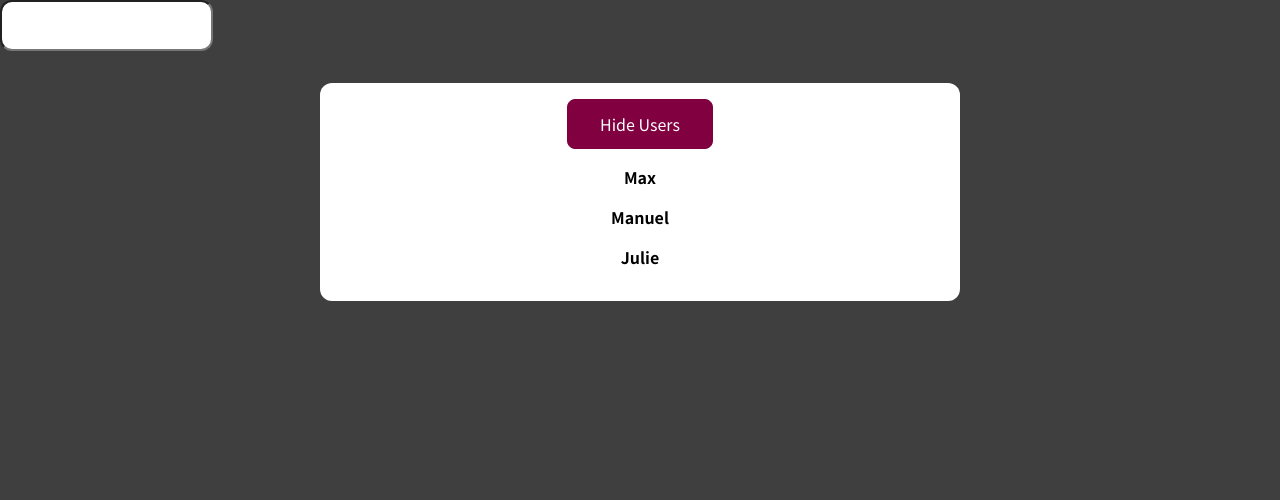
Repository: prathmeshgodbole/React-Class-Based
Page: /
The author's editor kept a copy of each file at every save. The page is drawn from the files as they stood at one save, then again after a run of saves.
The browser window is 1280 px wide. The pictures show the whole page.
The project was rebuilt for these pictures with package versions that can differ from the ones it lists, and the page was loaded fresh each time.

Above is the page before, as saved 2021-07-15 15:24:40.

### src/App.js
import UserFinder from './components/UserFinder';
// import Users from './components/Users';

function App() {
  return (
    <div>
    <UserFinder/>
    </div>
  );
}

export default App;

### src/components/UserFinder.js
import { Fragment, useState, useEffect } from 'react';
import classes from './UserFinder.module.css'
import Users from './Users';

const DUMMY_USERS = [
  { id: "u1", name: "Max" },
  { id: "u2", name: "Manuel" },
  { id: "u3", name: "Julie" },
];

const UserFinder = () => {
  const [filteredUsers, setFilteredUsers] = useState(DUMMY_USERS);
  const [searchTerm, setSearchTerm] = useState('');

  useEffect(() => {
    setFilteredUsers(
      DUMMY_USERS.filter((user) => user.name.includes(searchTerm))
    );
  }, [searchTerm]);

  const searchChangeHandler = (event) => {
    setSearchTerm(event.target.value);
  };

  return (
    <Fragment >
      <input className={classes.finder} type='search' onChange={searchChangeHandler} />
      <Users users={filteredUsers} />
    </Fragment>
  );
};

export default UserFinder;

### src/components/UserFinder.module.css
.finder {
    margin: ;
    /* margin: 2rem auto; */
    background-color: white;
    padding: 1rem;
    border-radius: 12px;
    max-width: 40rem;
    text-align: center;
}

### src/components/Users.js
import { Component } from "react";
import User from "./User";

import classes from "./Users.module.css";


class Users extends Component {
  constructor() {
    super();
    this.state = {
      showUsers: true,
    };
  }

  toggleUsersHandler() {
    this.setState((curState) => {
      return{
        showUsers:!curState.showUsers
      };
    });
  }

  render() {
    const usersList = (
    <ul>
      {this.props.users.map((user) => (
        <User key={user.id} name={user.name} />
      ))}
    </ul>
  );
    return (
      <div className={classes.users}>
        <button onClick={this.toggleUsersHandler.bind(this)}>
          {this.state.showUsers ? "Hide" : "Show"} Users
        </button>
        {this.state.showUsers && usersList}
      </div>
    );
  }
}

// const Users = () => {
//   const [showUsers, setShowUsers] = useState(true);

//   const toggleUsersHandler = () => {
//     setShowUsers((curState) => !curState);
//   };

  // const usersList = (
  //   <ul>
  //     {DUMMY_USERS.map((user) => (
  //       <User key={user.id} name={user.name} />
  //     ))}
  //   </ul>
  // );

  // return (
  //   <div className={classes.users}>
  //     <button onClick={toggleUsersHandler}>
  //       {showUsers ? 'Hide' : 'Show'} Users
  //     </button>
  //     {showUsers && usersList}
  //   </div>
  // );
// };

export default Users;

### src/components/User.js
import React,{Component} from 'react';
import classes from './User.module.css';


class User extends Component{
  render(){
    return <li className={classes.user}>{this.props.name}</li>;
  }
}

// const User = (props) => {
//   return <li className={classes.user}>{props.name}</li>;
// };

export default User;

Loaded but not shown: public/index.html (common file); src/index.js (common file); src/index.css (common file); src/components/Users.module.css (common file); src/components/User.module.css (common file)

After the next 2 saves:
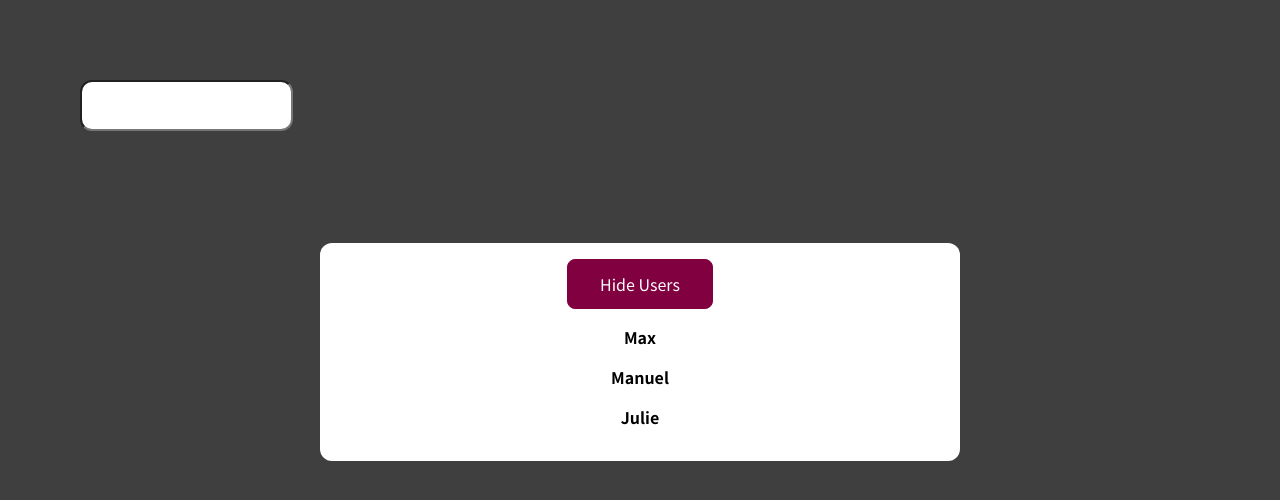
The 2 saves are shown as one change because they came seconds apart.
The last was saved 7 s later.
--- a/src/components/UserFinder.module.css
+++ b/src/components/UserFinder.module.css
@@ -1,5 +1,5 @@
 .finder {
-    margin: ;
+    margin: 5rem;
     /* margin: 2rem auto; */
     background-color: white;
     padding: 1rem;
